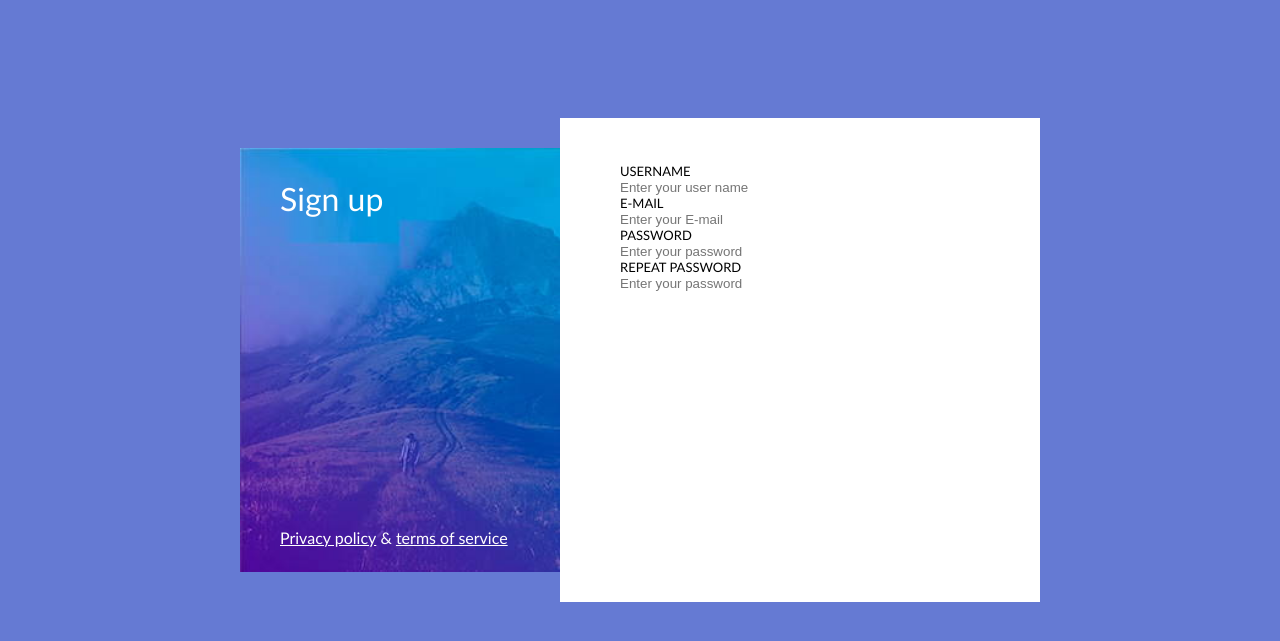
Repository: RugileG/registracijos-forma
Page: index.html
An editor plug-in stored every save of this project. The page is shown before and after the next save, followed by the edit.
The browser window is 1280 px wide. The pictures show the whole page.

Above is the page before, as saved 2021-05-18 10:29:58.

### index.html
<!DOCTYPE html>
<html lang="en">
<head>
    <meta charset="UTF-8">
    <meta http-equiv="X-UA-Compatible" content="IE=edge">
    <meta name="viewport" content="width=device-width, initial-scale=1.0">
    <title>Registracija</title>
    <style>

        html {
            height: 100%;
        }

        body {
            max-width: 800px;
            min-height: 100%;
            margin: 0 auto;
            position: relative;
            background-color: #657AD3;
            font: normal normal normal 16px/19px Gill Sans MT;
        }

        .container {
            width: 100%;
            position: absolute;
            top: 50%;
            transform: translateY(-50%);
        }

        .left-column, .right-column {
            float:left;
            height: 484px;
        }

        .left-column {
            width: 40%;
            background-color: transparent;
        }

        .right-column {
            width: 60%;
            background-color: #FFFFFF ;
        }

        .left-column-container {
            display: block;
            height: 424px;
            background-color: red;
            margin-top: 30px;
            background: transparent url('img/mountain.png') 0% 0% no-repeat padding-box;
            background-size: cover;
            padding-left: 40px;
            position:relative;
        }

        .right-column-container {
            padding-left: 60px;
            padding-top: 46px;
            padding-right: 60px;
            padding-bottom: 46px;
        }

        h1 {
            font: normal normal normal 32px/37px Gill Sans MT;
            color: #FFFFFF;
            margin: 0;
            padding-top: 32px;
        }

        p, a {
            display: inline-block;
            font: normal normal normal 16px/19px Gill Sans MT;
            color: #FFFFFF;
            margin: 0;
        }

        .links {
            position: absolute;
            bottom: 25px;
        }

        label {
            display:block;
            font: normal normal normal 13px/15px Gill Sans MT;
            color: #000000;
        }

        input {
            display: block;
            border: none;
            width: 100%;
            padding-left: 0;
        }


    </style>
</head>
<body>
    <div class='container'>
        <div class='left-column'>
            <div class='left-column-container'>
                <h1>Sign up</h1>

                <div class='links'>
                    <a href='#'>Privacy policy</a>
                    <p>&</p>
                    <a href='#'>terms of service</a>
                </div>
            </div>
        </div>
        <div class='right-column'>
            <div class='right-column-container'>
                <div class='input'>
                    <label for='username'>USERNAME</label>
                    <input placeholder='Enter your user name' type='text' id='username' name='username' />
                </div>
                <div class='input'>
                    <label for='email'>E-MAIL</label>
                    <input placeholder='Enter your E-mail' type='text' id='email' name='email' />
                </div>
                <div class='input'>
                    <label for='password'>PASSWORD</label>
                    <input placeholder='Enter your password' type='text' id='password' name='password' />
                </div>
                <div class='input'>
                    <label for='repeat_password'>REPEAT PASSWORD</label>
                    <input placeholder='Enter your password' type='text' id='repeat_password' name='repeat_password' />
                </div>
            </div>
        </div>
    </div>
</body>
</html>

After the next save:
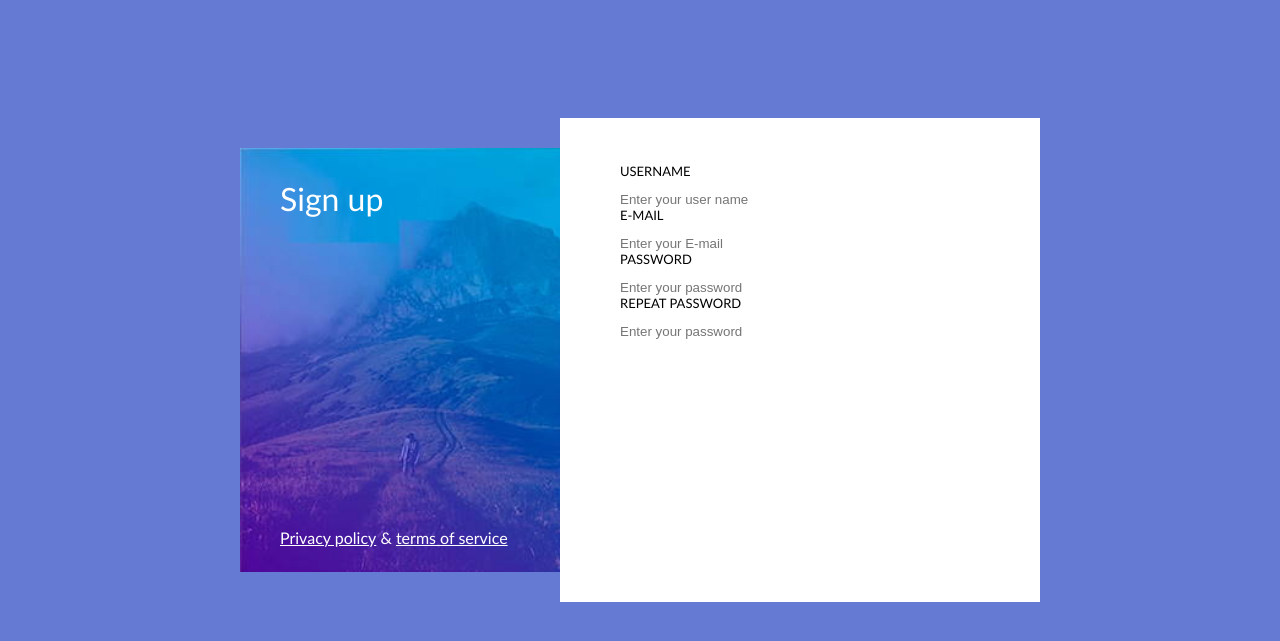
Saved 85 s later.
--- a/index.html
+++ b/index.html
@@ -83,6 +83,7 @@
             display:block;
             font: normal normal normal 13px/15px Gill Sans MT;
             color: #000000;
+            padding-bottom:12px;
         }
 
         input {
